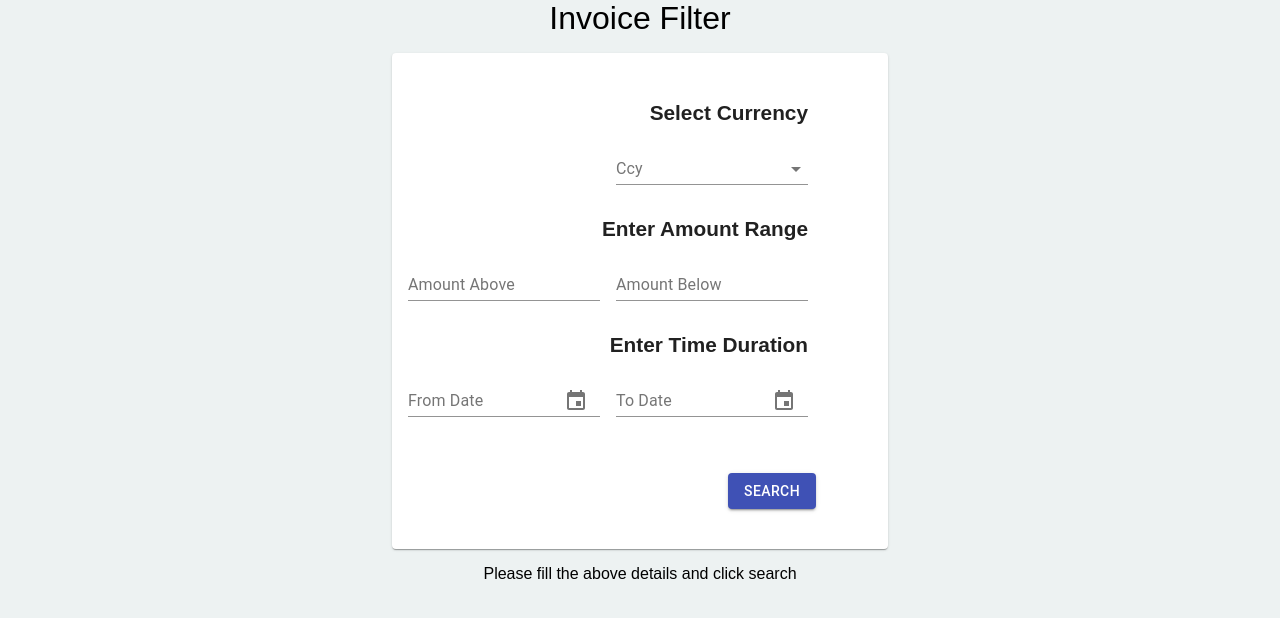
Repository: AmanullaChishty/filter
Page: /
These files come from the project's save history. The page is drawn as it stood at one moment and after the next save; the edit follows.
The browser window is 1280 px wide. The pictures show the whole page.
The project was rebuilt for these pictures with package versions that can differ from the ones it lists, and the page was loaded fresh each time.

Above is the page before, as saved 2020-01-26 22:26:09.

### src/index.js
import React from 'react';
import ReactDOM from 'react-dom';

// Required for Redux store setup
import { Provider } from 'react-redux'
import configureStore from './store';

import './index.css';
import App from './App';
import registerServiceWorker from './registerServiceWorker';

ReactDOM.render(
  <Provider store={configureStore()}>
    <App />
  </Provider>,
  document.getElementById('root')
);
registerServiceWorker();

### src/store.js
import { createStore, applyMiddleware } from 'redux';
import thunk from 'redux-thunk';
import rootReducer from './reducers/rootReducer';

export default function configureStore(initialState={}) {
  return createStore(
    rootReducer,
    applyMiddleware(thunk)
  );
}

### src/App.js
import React, { Component } from 'react';
import './App.css';
import GridList from './gridList'
import SearchBar from './searchBar/components/searchBar';



/**
 * @class App
 * @extends {Component}
 */
class App extends Component {



  /**
   * @memberof App
   * @summary handles button click
   */


  render() {
    return (
      <div className="App">
        <span className="header">Invoice Filter</span>
        <SearchBar/>
        <div className='grid'>
        <GridList/>
        </div>

      </div>
    );
  }
}

export default App;

### src/reducers/rootReducer.js
import { combineReducers } from 'redux';
import searchReducer from '../searchBar/reducers/searchReducer'

export default combineReducers({
  searchReducer
});

### src/App.css
body{

  background-color: #edf2f2;
}
.App{
  text-align: center;
}
.header{
  font-size: 2em;
  font-weight: 500;
}

### src/gridList.js
import React, { Component } from 'react';
import { connect } from 'react-redux';
import MUIDataTable from "mui-datatables";
import { getSearchCriteria, getSearchData } from './searchBar/selectors/searchSelectors';


const headers = [{ name: "invoice_id", label: "Invoice id", options: { filter: true, sort: true, } },{ name: "reference", label: "Reference", options: { filter: true, sort: true, } },
{ name: "maturity_date", label: "Maturity Date", options: { filter: true, sort: true, } },{ name: "invoice_amount", label: "Invoice Amount", options: { filter: true, sort: true, } },
{ name: "ccy", label: "CCY", options: { filter: true, sort: true, } },{ name: "buyer", label: "Buyer", options: { filter: true, sort: true, } },
{ name: "supplier", label: "Supplier", options: { filter: true, sort: true, } },{ name: "invoice_date", label: "Invoice Date", options: { filter: true, sort: true, } },]

const options = {
  filterType: "checkbox",
  responsive: "stacked",
}

class GridList extends Component {
  render() {
    const {result,seacrhedData} = this.props;

    if(seacrhedData){
      if(seacrhedData.startDate){
        let date=new Date(seacrhedData.startDate)
        let yyyy = date.getFullYear();
        let mm =date.getMonth()+1
        let dd=date.getDate();
        seacrhedData.startDate = dd+'/'+ mm +'/'+yyyy;

      }
      if(seacrhedData.endDate){
        let date=new Date(seacrhedData.endDate)
        let yyyy = date.getFullYear();
        let mm =date.getMonth()+1
        let dd=date.getDate();
        seacrhedData.endDate = dd+'/'+ mm +'/'+yyyy;

      }
    }
    const title=('Currency '+seacrhedData.ccy + ' Invoices with value between '+ seacrhedData.ccy+ ' '+ seacrhedData.lowerLimit +' - '+ seacrhedData.upperLimit +' maturing between '+seacrhedData.startDate+' and '+ seacrhedData.endDate)

    if(result.length>0){
      result.forEach(item=>{
        if(item.maturity_date){
          let date=new Date(item.maturity_date*1000)
          let yyyy = date.getFullYear();
          let mm =date.getMonth()+1
          let dd=date.getDate();
            item.maturity_date = dd+'/'+ mm +'/'+yyyy;

        }
      })
    }
    return (
     <div>
       {result.length>0?(<MUIDataTable
            title={title}
            data={result}
            columns={headers}
            options={options}
          />):'Please fill the above details and click search'}
     </div>
    );
  }
}


const mapStateToProps=state=> {
  return {
      result: getSearchData(state),
      seacrhedData:getSearchCriteria(state)
      };
}


export default connect(mapStateToProps)(GridList);

### src/searchBar/components/searchBar.js
import React, { Component, Fragment } from 'react';
import { connect } from 'react-redux';
import { bindActionCreators } from 'redux';
import { fetchData } from '../actions/fetchData';
import { search } from '../actions/searchAction';
import { getData, getSearchData } from '../selectors/searchSelectors';
import InputLabel from '@material-ui/core/InputLabel';
import MenuItem from '@material-ui/core/MenuItem';
import FormControl from '@material-ui/core/FormControl';
import Select from '@material-ui/core/Select';
import { Grid, Card, CardContent,CardActions, Input, Button, InputAdornment } from '@material-ui/core';
import DateFnsUtils from '@date-io/date-fns';
import { KeyboardDatePicker, MuiPickersUtilsProvider } from "@material-ui/pickers";
import 'date-fns';


class SearchBar extends Component {

  constructor(props){
    super(props);
    this.handleChange=this.handleChange.bind(this)
    this.setLowerLimit=this.setLowerLimit.bind(this)
    this.setUpperLimit=this.setUpperLimit.bind(this)
    this.setStartDate=this.setStartDate.bind(this)
    this.setEndDate=this.setEndDate.bind(this)
    this.submitSearch=this.submitSearch.bind(this)
    this.state = {
      ccy:'',
      lowerLimit:'',
      upperLimit:'',
      startDate:null,
      endDate:null,
      storeStartDate:null,
      storeEndDate:null

    }
  }

  componentDidMount() {

    }



  handleChange(event){
    let val = event.target.value
      this.setState({ccy:val})
  };

  setLowerLimit(event){
    let val = event.target.value
    this.setState({lowerLimit:val});
  }

  setUpperLimit(event){
    let val = event.target.value
    this.setState({upperLimit:val})

  }
  setStartDate(event){
    let val = Math.floor(event.getTime()/1000)
    this.setState({storeStartDate:val})
    this.setState({startDate:event})

  }

  setEndDate(event){
    let val = Math.floor(event.getTime()/1000)
    this.setState({storeEndDate:val})
    this.setState({endDate:event})

  }

  submitSearch(){
    const { fetchAllData,searchData } = this.props;
    fetchAllData();
    setTimeout(()=>{searchData(this.state)},100)

  }


  render() {
    const sectionGrid={ display: 'flex', justifyContent: 'end', alignItems: 'end', flexDirection: 'column', marginBottom: '2em' }
    const sectionLabel = { fontSize: '1.3em', fontWeight: 'bold', marginBottom: '-.2em' }
    const innerSection={ display: 'flex', justifyContent: 'center', alignItems: 'center', }
    const formControlStyle={ width: '12em', marginTop: '1em' }
    const formControlStyleLeft={ width: '12em', marginTop: '1em', marginLeft: '1em' }
    const {ccy,lowerLimit,upperLimit,startDate,endDate} = this.state

    return (
      <Grid style={{display:'flex',justifyContent:'center',alignItems:'center',flexDirection:'column'}}>
    <Card style={{maxWidth:400,width:'100%',padding:'2em 4em 2em 2em',margin:'1em 0'}}>
      <CardContent>
            <Grid style={sectionGrid}>
              <span style={sectionLabel}>Select Currency</span>
              <FormControl style={formControlStyle} >

                <InputLabel id="ccy">
                  Ccy
                </InputLabel>
                <Select
                  labelId="ccy"
                  id="simple-select"
                  value={ccy}
                  onChange={this.handleChange}>
                  <MenuItem value={'USD'}>USD</MenuItem>
                  <MenuItem value={'INR'}>INR</MenuItem>
                  <MenuItem value={'JPY'}>JPY</MenuItem>
                  <MenuItem value={'RYD'}>RYD</MenuItem>
                </Select>
              </FormControl>
            </Grid>

            <Grid style={sectionGrid}>
              <span style={sectionLabel}>Enter Amount Range</span>
              <Grid style={innerSection}>
                <FormControl style={formControlStyle} >

                  <InputLabel id="ccy">
                    Amount Above
                  </InputLabel>
                  <Input
                  type='number'
                  value={lowerLimit}
                  startAdornment={ccy!==''?(<InputAdornment position="start">{ccy}</InputAdornment>):null}
                  onChange={this.setLowerLimit}/>
                </FormControl>
                <FormControl style={formControlStyleLeft} >
                  <InputLabel id="ccy">
                    Amount Below
                  </InputLabel>
                  <Input
                  type='number'
                  value={upperLimit}
                  startAdornment={ccy!==''?(<InputAdornment position="start">{ccy}</InputAdornment>):null}
                  onChange={this.setUpperLimit} />
                </FormControl>
              </Grid>
            </Grid>

            <Grid style={sectionGrid}>
              <span style={sectionLabel}>Enter Time Duration</span>
              <Grid style={innerSection}>
                <FormControl style={formControlStyle} >
                  <Fragment>
                    <MuiPickersUtilsProvider utils={DateFnsUtils}>
                      <KeyboardDatePicker
                        label="From Date"
                        clearable
                        value={startDate}
                        placeholder="Select from date"
                        onChange={this.setStartDate}
                        format="dd/MM/yyyy"
                      />
                    </MuiPickersUtilsProvider>
                  </Fragment>
                </FormControl>
                <FormControl style={formControlStyleLeft} >
                <Fragment>
                    <MuiPickersUtilsProvider utils={DateFnsUtils}>
                      <KeyboardDatePicker
                        label="To Date"
                        clearable
                        value={endDate}
                        placeholder="Select end date"
                        onChange={this.setEndDate}
                        format="dd/MM/yyyy"
                      />
                    </MuiPickersUtilsProvider>
                  </Fragment>
                </FormControl>
              </Grid>
            </Grid>

      </CardContent>
      <CardActions style={{float:'right'}}>
        <Button variant="contained" color="primary" onClick={this.submitSearch}>
          Search
        </Button>
      </CardActions>
      </Card>
    </Grid>
    );
  }
}


const mapStateToProps=state=> {
    return {
        value: getSearchData(state),
        content:getData(state)
        };
  }

const mapDispatchToProps = dispatch => bindActionCreators({
    searchData: search,
    fetchAllData:fetchData,
}, dispatch)


export default connect(mapStateToProps, mapDispatchToProps)(SearchBar);

### src/searchBar/reducers/searchReducer.js
import { SEARCH, SUCCESS } from '../actions/searchAction';

const initialState = {contents: [], value: '', serachedValue: []};

export default function searchReducer(state = initialState, action) {
  switch(action.type) {
    case SUCCESS: {
      const {contents} = action;
      return {
        ...state,
        contents:contents
      };
    }
    case SEARCH: {
      const {value} = action;
      let filteredData=[value]
      const serachedData = state.contents.filter((val) => filteredData.find(
        ({ccy,lowerLimit,upperLimit,storeStartDate,storeEndDate})=>(
          val.ccy === ccy && val.invoice_amount>lowerLimit && val.invoice_amount<upperLimit && val.maturity_date>storeStartDate && val.maturity_date<storeEndDate
          )
        ));

      return {
        ...state,
        value:value,
        serachedValue:serachedData
      };
    }
    default:
      return state;
  }
}

### src/searchBar/selectors/searchSelectors.js
import { createSelector } from 'reselect';

export const getSearchData = createSelector(
    state => state.searchReducer.serachedValue,
    serachedValue => serachedValue
)

export const getSearchCriteria = createSelector(
    state => state.searchReducer.value,
    value => value
)

export const getData = createSelector(
    state => state.searchReducer.contents,
    contents=>contents
)

### src/searchBar/actions/fetchData.js
import { getData } from "./searchAction";

//https://my.api.mockaroo.com/tallydata.json?key=1e3baa20
function fetchData() {
    return dispatch => {
        fetch('data.json')
        .then(res => res.json())
        .then(res => {
            if(res.error) {
                throw(res.error);
            }
            dispatch(getData(res));

            return res;
        })
        .catch(error => {
            alert(error);
        })
    }
}

export { fetchData };

### src/searchBar/actions/searchAction.js
export const SEARCH = 'SEARCH';
export const SUCCESS = 'SUCCESS'

export function search(value) {
  return {
      type: SEARCH,
      value:value
    };
}

export function getData(res) {
  return {
      type: SUCCESS,
      contents:res
    };
}

Loaded but not shown: public/index.html (common file); src/index.css (common file); src/registerServiceWorker.js (common file)

After the next save:
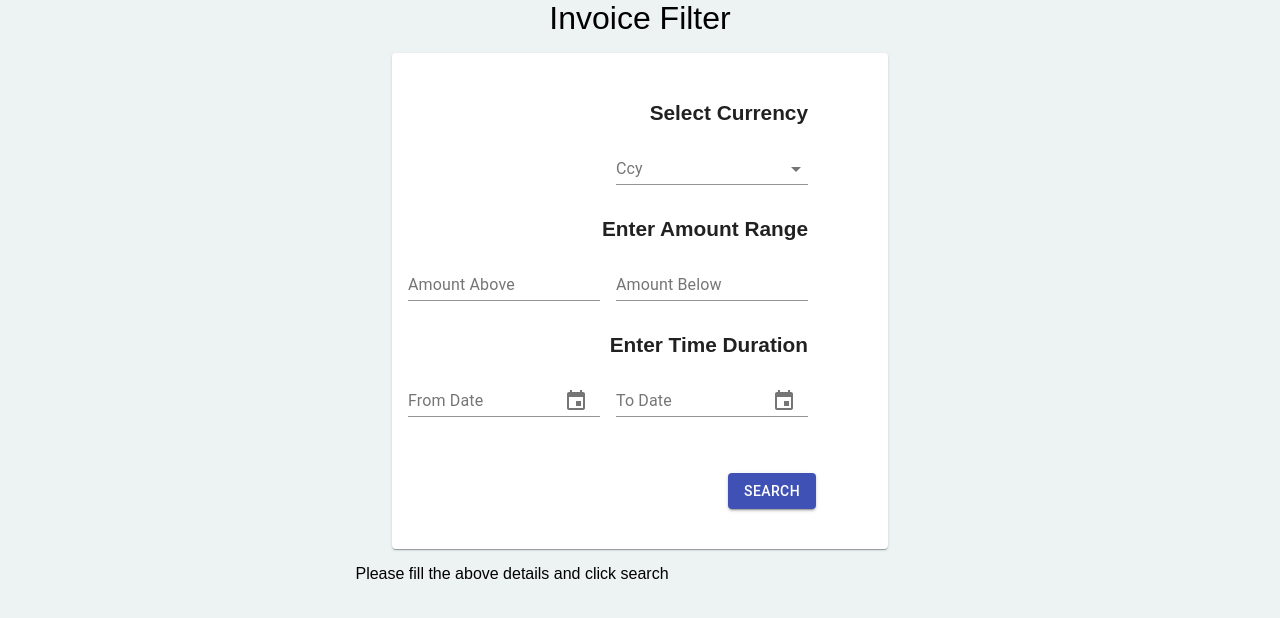
Saved 50 s later.
--- a/src/App.css
+++ b/src/App.css
@@ -9,3 +9,9 @@ body{
   font-size: 2em;
   font-weight: 500;
 }
+.grid{
+  display: flex;
+  width:80%;
+  justify-content: center;
+  align-items: center;
+}

After the save that followed:
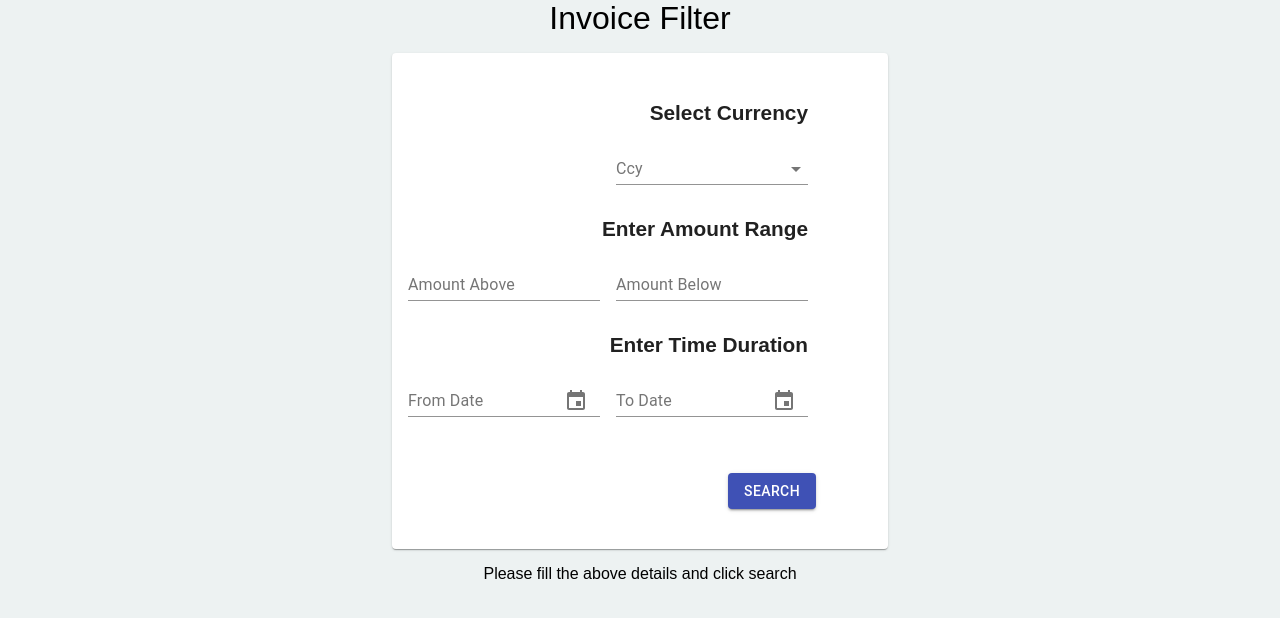
Saved 119 s later.
--- a/src/App.css
+++ b/src/App.css
@@ -11,7 +11,7 @@ body{
 }
 .grid{
   display: flex;
-  width:80%;
+  width:100%;
   justify-content: center;
   align-items: center;
 }
